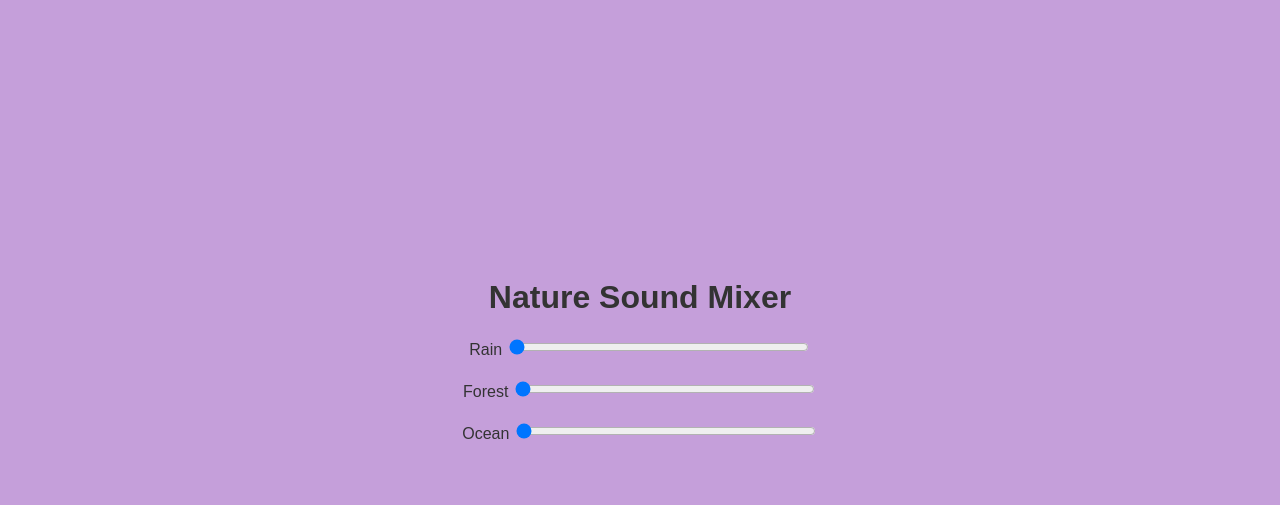
Repository: Suonii/nature-sound-mixer
Page: index.html
These files come from the project's save history. The page is drawn as it stood at one moment and after the next save; the edit follows.
The browser window is 1280 px wide. The pictures show the whole page.

Above is the page before, as saved 2024-07-24 11:56:25.

### index.html
<!DOCTYPE html>
<!-- Declares the document type and version of HTML-->
<html lang="en">
<!-- Sets the language attribute to english-->
<head>
    <!--sets the character encoding for the document UTF-8-->
    <meta charset="UTF=8">
    <!--ensures the page is responsive to different screen sizes and sets the viewport(the visible area of a webpage)-->
    <meta name="viewport" content="width=device-width, initial-scale=1.0">
    <!--the title of the webpage, displayed in the browser tab-->
    <title>Nature Sound Mixer</title>
    <!--links to the external css file for styling the webpage-->
    <link rel="stylesheet" href="styles.css">

</head>
<body>
    <!--The main container for te content of the web page-->
    <div class="container">
        <!--header title for the nature sound mixer-->
        <h1>Nature Sound Mixer</h1>

        <!--sound control section for rain sound-->
        <div class="sound control" id="rain">
            <!--label for the rain volume slider-->
            <label for="rain-slider">Rain</label>
            <!--Range input slider for controlling rain sound volume-->
            <input type="range" min="0" max="1" step="0.01" value="0" class="volume-slider" id="rain-slider">
    </div>

    <!--sound control section for forest sound-->
    <div class="sound-control" id="forest">
        <!--label for the forest volume slider-->
        <label for="forest-slider">Forest</label>
        <!--Range input slider for controlling forest sound volume -->
        <input type="range" min="0" max="1" step="0.01" value="0" class="volume-slider" id="forest-slider">
    </div>

    <!--sound control section for ocean sound-->
    <div class=" sound-control" id="ocean">
        <!--label for the volume slider-->
        <label for="ocean-slider">Ocean</label>
        <!--range input slider for controlling ocean sound volume-->
        <input type="range" min="0" max="1" step="0.01" value="0" class="volume-slider" id="ocean-slider">
    </div>
</div>
<!--links to the external javascript file for adding functionality-->
<script src="script.js"></script>
</body>
</html>

### styles.css
/*basic styling for the body element*/
body {
    /*sets the font family for the body text*/
    font-family: Arial, sans-serif;
    /*background color of the page*/
    background-color: #c59fda;
    /*text color for the page*/
    color: #333;
    /* centers the container vertically and horizontally*/
    display: flex;
    justify-content: center;
    align-items: center;
    /*full height of the viewport*/
    height:100vh;
    /*removes default margin*/
    margin: 0;
}

/*styles for the main container*/
.container {
    /*center-aligns text within the container*/
    text-align: center;
    /*Adds space between each control section*/
    margin: 20px 0;
    /*adds a borders around the container*/
    border: 3px solid #4a
}

/*styles for each sound control section*/
.sound-control {
    /*adds space between each control section*/
    margin: 20px 0;
}

/*styles for the volume sliders*/
.volume-slider {
    /*width of the sliders*/
    width: 300px;
}

### script.js
//wait for the DOM to be fully loaded before running the script
document.addEventListener("DOMContentLoaded", function () {
    // Create a new AudioContext for audio processing
    const audioContext = new (window.AudioContext || window.webkitAudioContext) ();

    //object to store the sounds with their URLs, audio elements, and gain nodes
    const sounds = {
        rain: { url: 'sounds/rain.mp3', element: null, gainNode: null},
        forest: { url: 'sounds/forest.mp3', element: null, gainNode: null},
        ocean: { url: 'sounds/ocean.mp3', element: null, gainNode: null}
    };

    //Loop through each sound in the sounds object to set up the audio elements and gain nodes
    Object.keys(sounds).forEach(key => {
        const sound = sounds[key];

        //create a new audio element for the sound
        sound.element = new Audio(sound.url);
        //set the audio element to loop so the sound plays continuously
        sound.element.loop = true;

        //create a gain node for controlling the volume
        sound.gainNode = audioContext.createGain();
        //set the initial volume of the gain node to 0 (muted)
        sound.gainNode.gain.value = 0;

        //create media element source node from the audio element
        const track = audioContext.createMediaElementSource(sound.element);
        //connect the media element source to the gain node, and then to the audio context destination (speakers)
        track.connect(sound.gainNode).connect(audioContext.destination);

        //start playing the audio element
        sound.element.play();
    });

    //add event listeners to all volume sliders to control the volume of each sound
    document.querySelectorAll('.volume-slider').forEach(slider => {
        slider.addEventListener('input', function () {
            //get the sound ID (e.g., 'rain') from the sliders ID (e.g., 'rain-slider')
            const soundId = this.id.split('-')[0];
            //get the volume value from the slider
            const volume = this.value;
            //set the gain (volume) of the corresponding gain node
            sounds[soundId].gainNode.gain.value = volume;
        })
    })
});

After the next save:
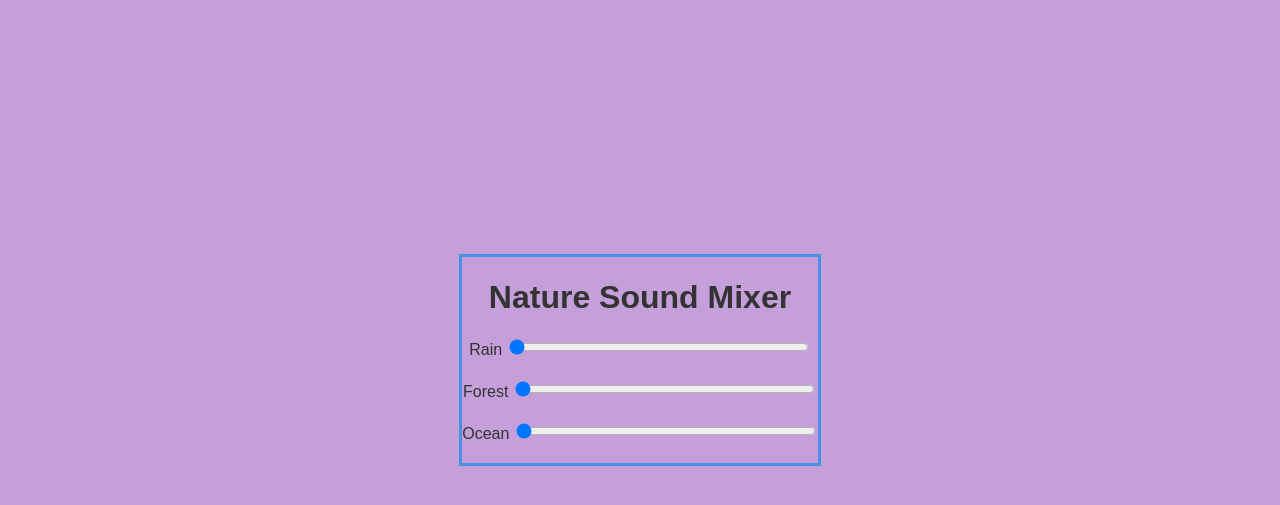
Saved 4 s later.
--- a/styles.css
+++ b/styles.css
@@ -23,7 +23,7 @@ body {
     /*Adds space between each control section*/
     margin: 20px 0;
     /*adds a borders around the container*/
-    border: 3px solid #4a
+    border: 3px solid #4a90e2
 }
 
 /*styles for each sound control section*/
